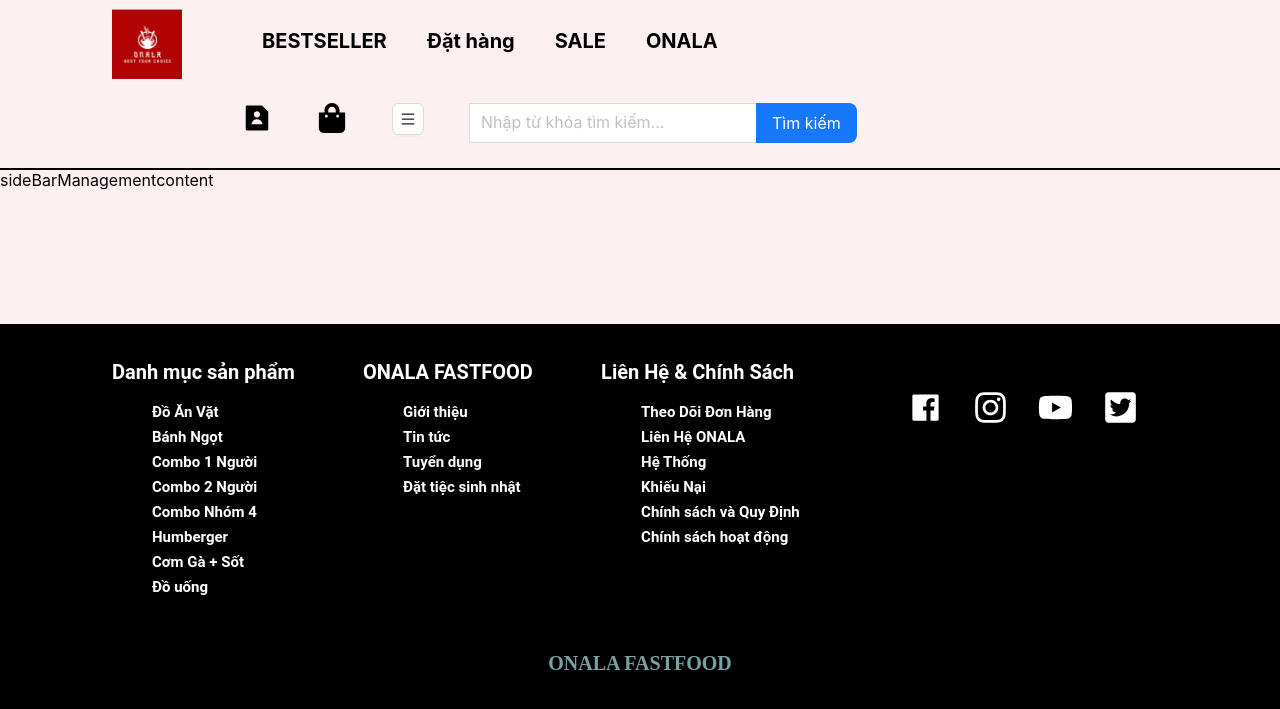
Repository: tranlan149/ONALA
Page: /account
The author's editor kept a copy of each file at every save. The page is drawn from the files as they stood at one save, then again after a run of saves.
The browser window is 1280 px wide. The pictures show the whole page.
The project was rebuilt for these pictures with package versions that can differ from the ones it lists, and the page was loaded fresh each time. Also part of the build but not shown: src/Components/Search/Search.css, src/Pages/BestSeller/index.js, src/Pages/ONALA/index.js, src/Pages/Sale/index.js, src/Pages/Recommend/index.js, src/Pages/Register/RegisterForm.module.css, src/Pages/Register/index.js, src/Pages/Login/LoginForm.module.css and 12 more.

Above is the page before, as saved 2025-02-11 15:16:46.

### src/App.js
import { Route, Routes } from 'react-router-dom';
import './App.css';
import Layout from './Layout';
import BestSeller from './Pages/BestSeller';
import ONALA from './Pages/ONALA';
import Sale from './Pages/Sale';
import Recommend from './Pages/Recommend';
import Register from './Pages/Register';
import Login from './Pages/Login';
import Order from './Pages/Order';
import Cart from './Pages/Cart';
import Home from './Pages/Home';
import AccountPage from './Pages/Account';

function App() {
  return (
    <>
      <Routes>
          <Route path='/' element={<Layout/>}>
            <Route path='/' element={<Home/>} />
            <Route path='/bestseller' element={<BestSeller/>} />
            <Route path='/account' element={<AccountPage/>} />
            <Route path='/recommend' element={<Recommend/>} />
            <Route path='/order' element={<Order/>} />
            <Route path='/cart' element={<Cart/>} />
            <Route path='/onala' element={<ONALA/>} />
            <Route path='sale' element={<Sale/>} />
            <Route path= 'register' element = {<Register/>}/>

          </Route>





      </Routes>
    </>
  );
}

export default App;

### src/App.css
.App {
  text-align: center;
}

.App-logo {
  height: 40vmin;
  pointer-events: none;
}

@media (prefers-reduced-motion: no-preference) {
  .App-logo {
    animation: App-logo-spin infinite 20s linear;
  }
}

.App-header
{
  background-color: #282c34;
  min-height: 100vh;
  display: flex;
  flex-direction: column;
  align-items: center;
  justify-content: center;
  font-size: calc(10px + 2vmin);
  color: white;
}
.layout_main {
  background-color: #FCF0F0;
}

.App-link {
  color: #61dafb;
}

@keyframes App-logo-spin {
  from {
    transform: rotate(0deg);
  }
  to {
    transform: rotate(360deg);
  }
}

### src/Layout/index.js
import { Outlet } from "react-router-dom";
import {  NavLink } from "react-router-dom";
import logo from "../image/logo.png"
import { RiFileUserFill } from "react-icons/ri";
import { FaShoppingBag } from "react-icons/fa";
import { BiLogoFacebookSquare } from "react-icons/bi";
import { FaInstagram } from "react-icons/fa";
import { FaYoutube } from "react-icons/fa";
import { FaTwitterSquare } from "react-icons/fa";
import SearchBar from '../Components/Search/Search'
import './style.css';

import MenuDropdown from "../Components/dropdown/MenuDropdown";

function Layout(){
    return(
        <>
            <div className='layout'>
                <header className="layout_header">
                    <div className='layout_logo'>
                        <NavLink to='/'>
                            <img src={logo} alt="logo" style={{height:'70px ', width:'70px '}}/>
                        </NavLink>

                    </div>
                    <div className='layout_menu_1'>
                        <ul>
                            <li>
                                <NavLink to='/bestseller'>BESTSELLER</NavLink>
                            </li>
                            <li>
                                <NavLink to='/order'>Đặt hàng </NavLink>
                            </li>
                            <li>
                                <NavLink to='/sale'>SALE</NavLink>
                            </li>
                            <li>
                                <NavLink to='/onala'>ONALA </NavLink>
                            </li>
                        </ul>
                    </div>
                    <div className='layout_menu_2'>
                        <ul>
                            <li>
                                <NavLink to='/account'>
                                    <RiFileUserFill style={{color:'#000 ', fontSize:'30px'}}/>
                                </NavLink>
                            </li>
                            <li>
                                <NavLink to='/cart'>
                                    <FaShoppingBag style={{color:'#000 ', fontSize:'30px'}}/>
                                </NavLink>
                            </li>

                            <li>

                                <MenuDropdown style={{color:'#000 ', fontSize:'30px'}}/>

                            </li>
                            <li>
                                <SearchBar style={{color:'#000000'}}/>
                            </li>
                        </ul>
                    </div>
                </header>
                <main className="layout_main"><Outlet/></main>
                <footer className="layout_footer" >
                    <div className="footer_1">
                        <h2>Danh mục sản phẩm</h2>
                        <ul>
                            <li>
                                <NavLink to='/'>Đồ Ăn Vặt</NavLink>
                            </li>
                            <li>
                                <NavLink to='/'>Bánh Ngọt</NavLink>
                            </li>
                            <li>
                                <NavLink to='/'>Combo 1 Người</NavLink>
                            </li>
                            <li>
                                <NavLink to='/'>Combo 2 Người</NavLink>
                            </li>
                            <li>
                                <NavLink to='/'>Combo Nhóm 4</NavLink>
                            </li>
                            <li>
                                <NavLink to='/'>Humberger</NavLink>
                            </li>
                            <li>
                                <NavLink to='/'>Cơm Gà + Sốt</NavLink>
                            </li>
                            <li>
                                <NavLink to='/'>Đồ uống</NavLink>
                            </li>
                        </ul>

                    </div>
                    <div className="footer_1">
                        <h2>ONALA FASTFOOD</h2>
                        <ul>
                            <li>
                                <NavLink to='/recommend'>Giới thiệu</NavLink>
                            </li>
                            <li>
                                <NavLink to='/'>Tin tức</NavLink>
                            </li>
                            <li>
                                <NavLink to='/'>Tuyển dụng </NavLink>
                            </li>
                            <li>
                                <NavLink to='/'>Đặt tiệc sinh nhật</NavLink>
                            </li>
                        </ul>
                    </div>
                    <div className="footer_1">
                        <h2>Liên Hệ & Chính Sách </h2>
                        <ul>
                            <li>
                                <NavLink to='/'>Theo Dõi Đơn Hàng</NavLink>
                            </li>
                            <li>
                                <NavLink to='/'>Liên Hệ ONALA</NavLink>
                            </li>
                            <li>
                                <NavLink to='/'>Hệ Thống </NavLink>
                            </li>
                            <li>
                                <NavLink to='/'>Khiếu Nại</NavLink>
                            </li>
                            <li>
                                <NavLink to='/'>Chính sách và Quy Định</NavLink>
                            </li>
                            <li>
                                <NavLink to='/'>Chính sách hoạt động</NavLink>
                            </li>
                        </ul>
                    </div>
                    <div className="footer_2">
                        <ul>
                            <li>
                                <BiLogoFacebookSquare style={{fontSize:'35px'}} />
                            </li>
                            <li>
                                <FaInstagram style={{fontSize:'35px'}}/>
                            </li>
                            <li>
                                <FaYoutube style={{fontSize:'35px'}}/>
                            </li>
                            <li>
                                <FaTwitterSquare style={{fontSize:'35px'}}/>
                            </li>
                        </ul>
                    </div>

                </footer>
                <div style={{background:'#000000', color:'#7AA0A3', textAlign:'center', paddingTop:'20px', paddingBottom:'45px', fontFamily:'Lora', fontSize:'20px', fontWeight:"bold"}}>ONALA  FASTFOOD</div>

            </div>
        </>
    );
}
export default Layout;

### src/Pages/Account/index.js
import Login from "../Login";
import UserManagement from "../UserManagement";
function AccountPage() {
    const isLogin = true;
    return (
        <>
            {isLogin ? <UserManagement/> : <Login/>}
        </>
    );
}

export default AccountPage;

### src/Components/Search/Search.js
import React, { useState } from 'react';
import { Input } from 'antd';
import './Search.css';

const { Search } = Input;

const SearchBar = ({ onSearch }) => {
  return (
    <Search
      placeholder="Nhập từ khóa tìm kiếm..."
      allowClear
      enterButton="Tìm kiếm"
      size="large"
      onSearch={onSearch} // Gọi hàm khi nhấn Enter hoặc nút Tìm kiếm
    />
  );
};

export default SearchBar;

### src/Layout/style.css
.layout{
    box-sizing: border-box;
    margin:0px;
    display: flex;
    flex-direction: column;
    min-height: 100vh;
}
.layout_header{
    display:flex;
    padding-left: 112px;
    padding-right: auto;
    padding-top: 9px;
    padding-bottom: 9px;
    flex-wrap: wrap;
    background-color: #FCF0F0;
    border-bottom: 2px solid #000000;


}
.layout_main {
    flex: 1;
}
.layout_menu_1 > ul {
    display: flex;
    list-style: none ;
    margin-top: 20px;
}

.layout_menu_1 > ul > li{
    margin-left: 40px;
}
.layout_menu_1 > ul > li> a{
    text-decoration: none;
    color: #000;
    font-weight: bold;
    font-size: 20px;
}
.layout_menu_2 {
     margin-left: 90px;
}
.layout_menu_2 > ul{
    display: flex;
    list-style: none ;
    margin-top: 20px;
}

.layout_menu_2 > ul > li{
    margin-right: 45px;
}
.layout_footer{
    display: flex;
    padding-left: 112px;
    padding-right: auto;

    background-color: #000000;
    margin-top: 50px;
    justify-content: space-between;
    padding: 20px 112px;
    background-color: #000;
    color: white;

    margin-top: auto;
}
.footer_1{
    margin-right: 30px;
}
.footer_1 > ul {
    list-style: none;
}
.footer_1 > ul > li{
    margin-top: 5px;
}
.footer_1 > ul > li > a{
    text-decoration: none;
    color:#fff;
    font-size: 15px;
    font-family: Roboto;

}
.footer_1 > h2{
    font-size: 20px;
    font-family: Roboto;
}
.footer_2 > ul{
    display: flex;
    list-style: none;
    padding-top: 30px;
}
.footer_2 > ul > li{
    margin-right: 30px;


}

### src/Components/dropdown/MenuDropdown.js
import { Menu, Dropdown, Button } from "antd";
import { MenuOutlined } from "@ant-design/icons";

const menu = (
  <Menu>
    <Menu.Item key="1">
        <h2>Danh mục sản phẩm</h2>
        <ul>
            <li>Đồ Ăn Vặt</li>
            <li>Bánh Ngọt</li>
            <li>Combo 1 Người</li>
            <li>Combo 2 Người</li>
            <li>Combo Nhóm 4</li>
            <li>Humberger</li>
            <li>Cơm Gà + Sốt</li>
            <li>Đồ Uống</li>
        </ul>
    </Menu.Item>
    <Menu.Item key="2">
        <h2>ONALA </h2>
        <ul>
            <li>Giới thiệu</li>
            <li>Tin tức </li>
            <li>Tuyển dụng </li>
            <li>Đặt tiệc sinh nhật </li>
        </ul>
    </Menu.Item>
    <Menu.Item key="3">
        <h2>Liên Hệ & Chính Sách </h2>
        <ul>
            <li>Theo Dõi Đơn Hàng </li>
            <li>Liên Hệ ONALA </li>
            <li>Hệ Thống </li>
            <li>Khiếu Nại </li>
            <li>Chính sách và Quy Định</li>
            <li>Chính sách hoạt động </li>
        </ul>
    </Menu.Item>
  </Menu>
);

function MenuDropdown() {
  return (
    <Dropdown overlay={menu} trigger={["click"]}>
      <Button icon={<MenuOutlined />}></Button>
    </Dropdown>
  );
}

export default MenuDropdown;

### src/Pages/DangNhap/style.css

.contentForm {
    margin: 80px 164px;
    display: flex;
    flex-direction: row;
    font-weight: 600;
}
:link {
    font-weight: 600;
}
.formContainer {
    margin-left: 176px;
}
.right-align {
    text-align: right;
    font-size: 20px;
    cursor: pointer;
}

a {
    text-decoration: none;
    color: black;
}
.underlineInput {
    width: 520px;
    border: none;
    border-bottom: 1px solid #000;
    outline: none;
    padding: 8px;
    font-size: 20px;
    background-color: #FCF0F0;

}
:where(.css-dev-only-do-not-override-cdzvx5) .underlineInput:focus,
:where(.css-dev-only-do-not-override-cdzvx5) .underlineInput:hover {

    background-color: #FCF0F0 !important;
}
:where(.css-dev-only-do-not-override-cdzvx5) .retrieveInput {
    background-color: #ffffff !important;
    font-size: 14px ;
    width: 630px;
    border-bottom: 1px solid #E53737;
}
.underlineInput:hover {
    background-color: #FCF0F0;
    border-bottom: 1px solid #4CAF50;

}
.underlineInput:focus,
.underlineInput:focus-within {
    border-bottom-color: #4CAF50;
    background-color: #FCF0F0;

}
.retrieveInput:hover {
    background-color: #ffffff !important;


}
.retrieveInput:focus,
.retrieveInput:focus-within {
    border-bottom-color: #4CAF50 ;
    background-color: #ffffff !important;

}



.ant-input-affix-wrapper,
.ant-input
{
    border-radius: 0 !important;
}

:where(.css-dev-only-do-not-override-cdzvx5) .ant-col-offset-8 {
    margin: 0 !important;
}
:where(.css-dev-only-do-not-override-cdzvx5) .ant-input:focus,
:where(.css-dev-only-do-not-override-cdzvx5).ant-input-outlined:focus,
:where(.css-dev-only-do-not-override-cdzvx5).ant-input-outlined:focus-within,
:where(.css-dev-only-do-not-override-cdzvx5).ant-input-outlined,
:where(.css-dev-only-do-not-override-cdzvx5).ant-input-outlined.ant-input-status-error:not(.ant-input-disabled):focus,
:where(.css-dev-only-do-not-override-cdzvx5).ant-input-outlined.ant-input-status-error:not(.ant-input-disabled):focus,
:where(.css-dev-only-do-not-override-cdzvx5).ant-input-outlined.ant-input-status-error:not(.ant-input-disabled):focus-within,
:where(.css-dev-only-do-not-override-cdzvx5).ant-input-outlined.ant-input-status-error:not(.ant-input-disabled):hover
{
    outline: none;
    box-shadow: none;
}

:where(.css-dev-only-do-not-override-cdzvx5).ant-input-outlined.ant-input-status-error:not(.ant-input-disabled):focus,
:where(.css-dev-only-do-not-override-cdzvx5).ant-input-outlined.ant-input-status-error:not(.ant-input-disabled):focus,
:where(.css-dev-only-do-not-override-cdzvx5).ant-input-outlined.ant-input-status-error:not(.ant-input-disabled):focus-within,
:where(.css-dev-only-do-not-override-cdzvx5).ant-input-outlined.ant-input-status-error:not(.ant-input-disabled):hover {
    background-color: #FCF0F0;
}
:where(.css-dev-only-do-not-override-cdzvx5).ant-input-outlined.ant-input-status-error:not(.ant-input-disabled){
    border: none; /* Bỏ các đường viền mặc định */
    border-bottom: 1px solid #ff4d4f;
    background-color: #FCF0F0;

}
:where(.css-dev-only-do-not-override-cdzvx5).ant-col-8 {
    flex: 0;
}
:where(.css-dev-only-do-not-override-cdzvx5).ant-col-16 {
    max-width: 100% !important;
}
:where(.css-dev-only-do-not-override-cdzvx5).ant-checkbox-wrapper.ant-checkbox-wrapper-in-form-item input[type="checkbox"],
:where(.css-dev-only-do-not-override-cdzvx5).ant-checkbox .ant-checkbox-inner{
    width: 28px;
    height: 28px;
}


.ant-modal .ant-modal-title {
    text-align: center;
    font-size: 20px;
    padding: 0 115px;
}
.ant-modal-body >p {
    text-align: center;
}

### src/Pages/Login/style.css

.contentForm {
    margin: 80px 164px;
    display: flex;
    flex-direction: row;
    font-weight: 600;
}
:link {
    font-weight: 600;
}
.formContainer {
    margin-left: 176px;
}
.right-align {
    text-align: right;
    font-size: 20px;
    cursor: pointer;
}

a {
    text-decoration: none;
    color: black;
}
.underlineInput {
    width: 520px;
    border: none;
    border-bottom: 1px solid #000;
    outline: none;
    padding: 8px;
    font-size: 20px;
    background-color: #FCF0F0;

}
:where(.css-dev-only-do-not-override-cdzvx5) .underlineInput:focus,
:where(.css-dev-only-do-not-override-cdzvx5) .underlineInput:hover {

    background-color: #FCF0F0 !important;
}
:where(.css-dev-only-do-not-override-cdzvx5) .retrieveInput {
    background-color: #ffffff !important;
    font-size: 14px ;
    width: 630px;
    border-bottom: 1px solid #E53737;
}
.underlineInput:hover {
    background-color: #FCF0F0;
    border-bottom: 1px solid #4CAF50;

}
.underlineInput:focus,
.underlineInput:focus-within {
    border-bottom-color: #4CAF50;
    background-color: #FCF0F0;

}
.retrieveInput:hover {
    background-color: #ffffff !important;


}
.retrieveInput:focus,
.retrieveInput:focus-within {
    border-bottom-color: #4CAF50 ;
    background-color: #ffffff !important;

}



.ant-input-affix-wrapper,
.ant-input
{
    border-radius: 0 !important;
}

:where(.css-dev-only-do-not-override-cdzvx5) .ant-col-offset-8 {
    margin: 0 !important;
}
:where(.css-dev-only-do-not-override-cdzvx5) .ant-input:focus,
:where(.css-dev-only-do-not-override-cdzvx5).ant-input-outlined:focus,
:where(.css-dev-only-do-not-override-cdzvx5).ant-input-outlined:focus-within,
:where(.css-dev-only-do-not-override-cdzvx5).ant-input-outlined,
:where(.css-dev-only-do-not-override-cdzvx5).ant-input-outlined.ant-input-status-error:not(.ant-input-disabled):focus,
:where(.css-dev-only-do-not-override-cdzvx5).ant-input-outlined.ant-input-status-error:not(.ant-input-disabled):focus,
:where(.css-dev-only-do-not-override-cdzvx5).ant-input-outlined.ant-input-status-error:not(.ant-input-disabled):focus-within,
:where(.css-dev-only-do-not-override-cdzvx5).ant-input-outlined.ant-input-status-error:not(.ant-input-disabled):hover
{
    outline: none;
    box-shadow: none;
}

:where(.css-dev-only-do-not-override-cdzvx5).ant-input-outlined.ant-input-status-error:not(.ant-input-disabled):focus,
:where(.css-dev-only-do-not-override-cdzvx5).ant-input-outlined.ant-input-status-error:not(.ant-input-disabled):focus,
:where(.css-dev-only-do-not-override-cdzvx5).ant-input-outlined.ant-input-status-error:not(.ant-input-disabled):focus-within,
:where(.css-dev-only-do-not-override-cdzvx5).ant-input-outlined.ant-input-status-error:not(.ant-input-disabled):hover {
    background-color: #FCF0F0;
}
:where(.css-dev-only-do-not-override-cdzvx5).ant-input-outlined.ant-input-status-error:not(.ant-input-disabled){
    border: none; /* Bỏ các đường viền mặc định */
    border-bottom: 1px solid #ff4d4f;
    background-color: #FCF0F0;

}
:where(.css-dev-only-do-not-override-cdzvx5).ant-col-8 {
    flex: 0;
}
:where(.css-dev-only-do-not-override-cdzvx5).ant-col-16 {
    max-width: 100% !important;
}
:where(.css-dev-only-do-not-override-cdzvx5).ant-checkbox-wrapper.ant-checkbox-wrapper-in-form-item input[type="checkbox"],
:where(.css-dev-only-do-not-override-cdzvx5).ant-checkbox .ant-checkbox-inner{
    width: 28px;
    height: 28px;
}


.ant-modal .ant-modal-title {
    text-align: center;
    font-size: 20px;
    padding: 0 115px;
}
.ant-modal-body >p {
    text-align: center;
}

### src/Pages/UserManagement/index.js
import './style.css'
function UserManagement() {
    return (
        <div className="managementContainer">
            <div className="sideBarManagement">
                sideBarManagement
            </div>
            <div className="contentManagement">
                content
            </div>
        </div>
    );
}

export default UserManagement;

### src/Pages/UserManagement/style.css
.managementContainer {
    display: flex;
    flex-direction: row;

}

Loaded but not shown: public/index.html (common file); src/index.js (common file); src/index.css (common file); src/reportWebVitals.js (common file)

After the next 2 saves:
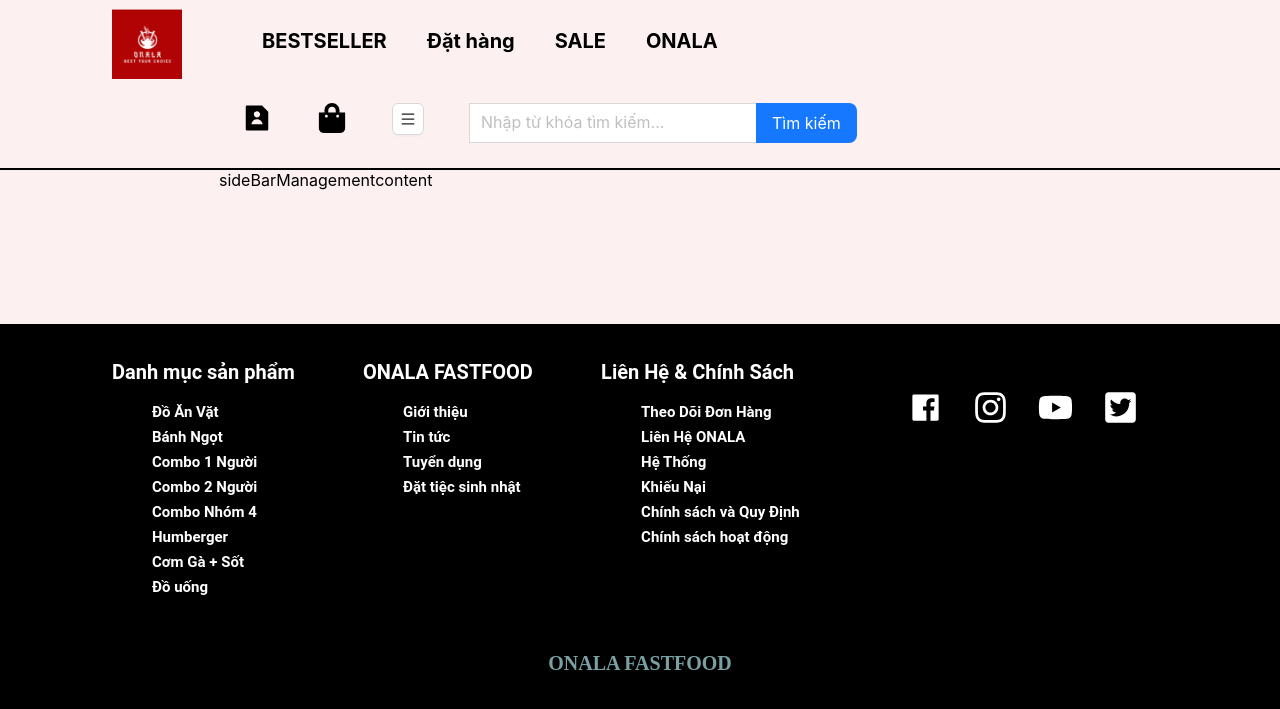
The 2 saves are shown as one change because they came seconds apart.
The last was saved 18 s later.
--- a/src/Pages/UserManagement/style.css
+++ b/src/Pages/UserManagement/style.css
@@ -1,5 +1,5 @@
 .managementContainer {
     display: flex;
     flex-direction: row;
-
+    margin-left: 219px;
 }
